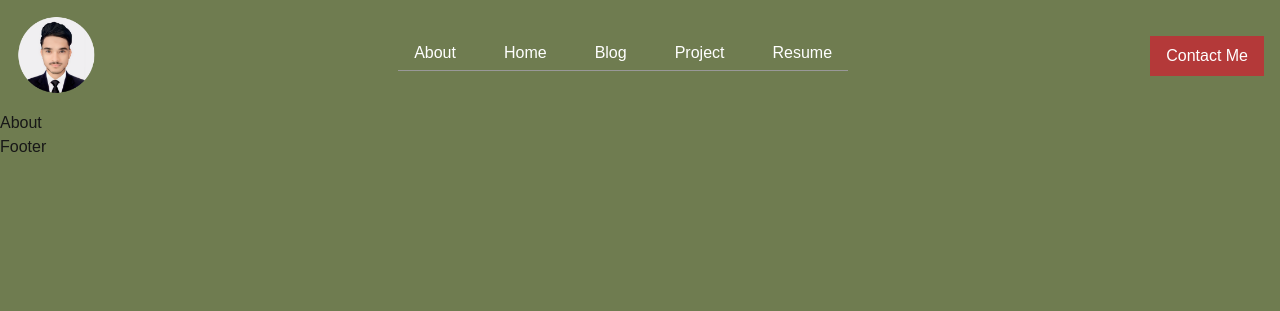
Repository: Tazeem-511/persnol-portfolio
Page: /about
The author's editor kept a copy of each file at every save. The page is drawn from the files as they stood at one save, then again after a run of saves.
The browser window is 1280 px wide. The pictures show the whole page.
Some web fonts or font styles are not loaded; a fallback is used. The project was rebuilt for these pictures with package versions that can differ from the ones it lists, and the page was loaded fresh each time. The framework's server and built-in components were replaced by stand-ins that run in the browser. Also part of the build but not shown: next.config.mjs.

Above is the page before, as saved 2024-10-27 11:48:35.

After the next 2 saves:
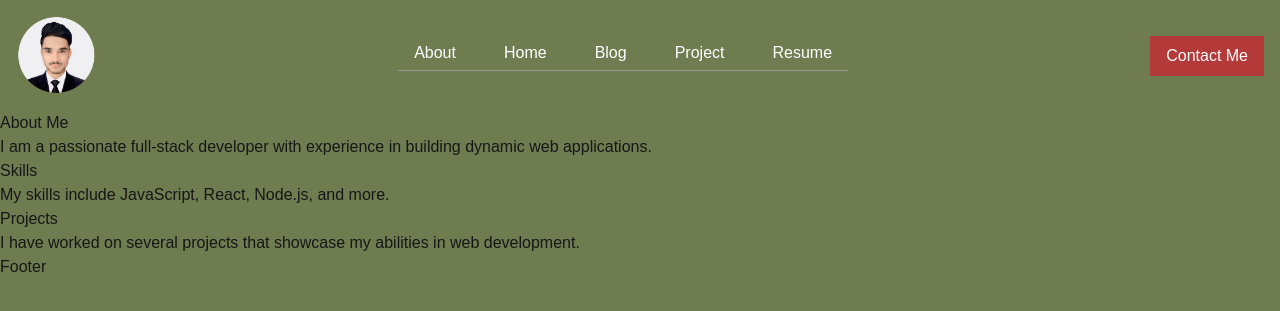
The 2 saves are shown as one change because they came seconds apart.
The last was saved 8 min 2 s later.
--- a/src/pages/about/index.js
+++ b/src/pages/about/index.js
@@ -1,11 +1,62 @@
-import React from 'react'
+import React from "react";
+import Image from "next/image";
+import { useEffect } from "react";
+import { gsap } from "gsap";
 
 const About = () => {
+  useEffect(() => {
+    const sections = document.querySelectorAll(".fade-in");
+    const handleScroll = () => {
+      sections.forEach((section) => {
+        const rect = section.getBoundingClientRect();
+        if (rect.top < window.innerHeight && rect.bottom > 0) {
+          gsap.to(section, {
+            opacity: 1,
+            y: 0,
+            duration: 1,
+            ease: "power2.out",
+          });
+        }
+      });
+    };
+
+    window.addEventListener("scroll", handleScroll);
+    handleScroll(); // Trigger scroll animation on mount
+
+    return () => window.removeEventListener("scroll", handleScroll);
+  }, []);
+
   return (
-    <div>
-      <h1>About</h1>
+    <div className="about-container">
+      <section
+        className="fade-in"
+        style={{ opacity: 0, transform: "translateY(50px)" }}
+      >
+        <h2>About Me</h2>
+        <p>
+          I am a passionate full-stack developer with experience in building
+          dynamic web applications.
+        </p>
+      </section>
+      <section
+        className="fade-in"
+        style={{ opacity: 0, transform: "translateY(50px)" }}
+      >
+        <h2>Skills</h2>
+        <p>My skills include JavaScript, React, Node.js, and more.</p>
+      </section>
+      <section
+        className="fade-in"
+        style={{ opacity: 0, transform: "translateY(50px)" }}
+      >
+        <h2>Projects</h2>
+        <p>
+          I have worked on several projects that showcase my abilities in web
+          development.
+        </p>
+      </section>
     </div>
-  )
-}
+  );
+};
 
 export default About;
